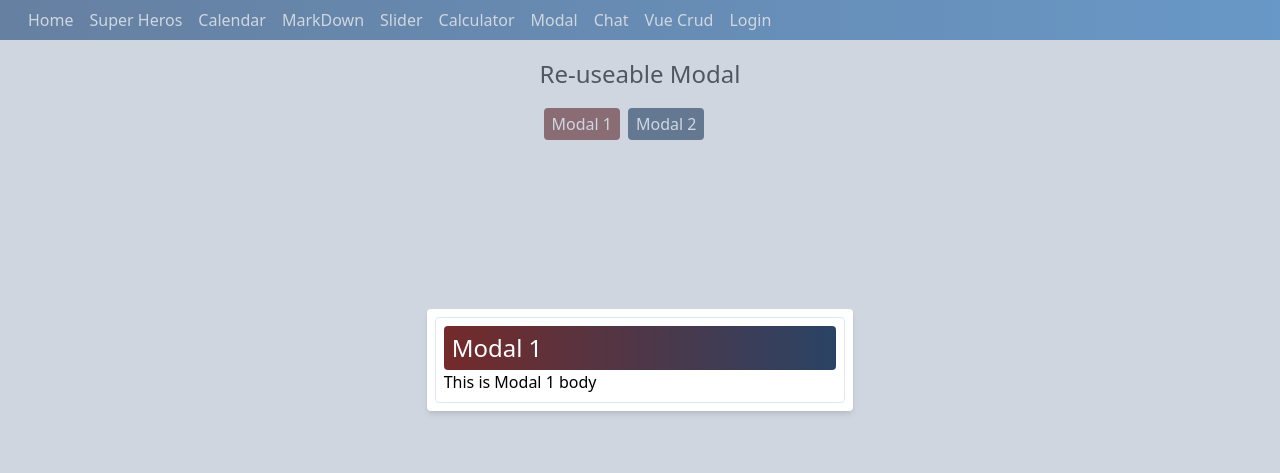
Repository: kshvkndl/VueFullCoursePractice
Page: /reusable-modal, after clicking the first element matching `button.bg-red-900`
An editor plug-in stored every save of this project. The page is shown before and after the next save, followed by the edit.
The browser window is 1280 px wide. The pictures show the whole page.
The page's requests for data from a server got no answer. The project was rebuilt for these pictures with package versions that can differ from the ones it lists, and the page was loaded fresh each time. No one was signed in, and anything a server would have sent is missing. Also part of the build but not shown: src/components/login/GoogleLogin.vue, src/pages/SuperHeros.vue, src/pages/Calender.vue, src/pages/Home.vue, src/utilities/composition/useDebounce.js, src/pages/MarkDown.vue, src/pages/Slider.vue, src/utilities/composition/useWindowEvent.js and 4 more.

Above is the page before, as saved 2020-11-26 17:35:32.

### src/main.js
import { createApp } from 'vue'
import App from './App.vue'
import './assets/style.css'
import router from './router'
import store from './store/index'

const app = createApp(App);
app.use(router);
app.use(store);
app.mount('#app');

### src/App.vue
<template>
  <AppHeader></AppHeader>
  <div class="w-full flex">
    <router-view></router-view>
  </div>
  <LoginModal></LoginModal>
  <calculator></calculator>
</template>

<script>
import AppHeader from "@/components/AppHeader";
import LoginModal from "@/components/LoginModal";
import firebase from "@/utilities/firebase";

export default {
  mounted() {
    firebase.auth().onAuthStateChanged((user) => {
      if (user) {
        this.$store.commit("setIsLoggedIn", true);
        this.$store.commit("setAuthUser", user);

        // User is signed in, see docs for a list of available properties
        // https://firebase.google.com/docs/reference/js/firebase.User

        // ...
      } else {
        // User is signed out
        // ...
        this.$store.commit("setIsLoggedIn", false);
        this.$store.commit("setAuthUser", {});
      }
    });
  },
  components: { AppHeader, LoginModal },
};
</script>

### src/router.js
import { createRouter, createWebHistory } from 'vue-router';
import SuperHeros from '@/pages/SuperHeros'
import Calender from '@/pages/Calender'
import Home from '@/pages/Home'
import MarkDown from '@/pages/MarkDown'
import Slider from '@/pages/Slider'
import Calculator from '@/pages/Calculator'
import ReusableModal from '@/pages/ReusableModal'
import Chat from '@/pages/Chat'
import store from './store/index'

import UserCrud from '@/pages/UserCrud'

const routes = [
    { path: '/', component: Home },
    { path: '/super-heros', component: SuperHeros },
    { path: '/calendar', component: Calender },
    { path: '/markdown', component: MarkDown },
    { path: '/slider-carousel', component: Slider },
    { path: '/calculator', component: Calculator, meta: { middleware: 'auth' }, },
    { path: '/reusable-modal', component: ReusableModal },
    {
        path: '/chat',
        component: Chat,
        meta: { middleware: 'auth' },
    },
    { path: '/vue-crud', component: UserCrud },
]

const router = createRouter({
    history: createWebHistory(),
    routes,
});

router.beforeEach((to, _, next) => {
    if (to.meta.middleware) {
        const middleware = require(`./middleware/${to.meta.middleware}`);
        if (middleware) {
            middleware.default(next, store);
        } else {
            next();
        }
    } else {
        next();
    }
});

export default router;

### src/store/index.js
import { createStore } from 'vuex';

const store = createStore({
    state() {
        return {
            isLoggedIn: false,
            authUser: {},
            isLoginOpen: false,
        }
    },

    mutations: {
        setIsLoggedIn(state, payload) {
            state.isLoggedIn = payload;
        },

        setAuthUser(state, payload) {
            state.authUser = payload;
        },
        setLoginModal(state, payload) {
            state.isLoginOpen = payload;
        }
    }
})

export default store;

### src/components/AppHeader.vue
<template>
  <nav
    class="w-full bg-gradient-to-r from-blue-800 to-blue-600 text-white px-5 py-2"
  >
    <router-link
      class="mx-2"
      v-for="item in list"
      :key="item.to"
      :to="item.to"
      >{{ item.title }}</router-link
    >
    <button v-if="isLoggedIn" class="mx-2" @click="logout">Logout</button>
    <button class="mx-2" v-else @click="openLogin">Login</button>
  </nav>
</template>


<script>
import firebase from "@/utilities/firebase";

export default {
  data() {
    return {
      list: [
        { title: "Home", to: "/" },
        { title: "Super Heros", to: "/super-heros" },
        { title: "Calendar", to: "/calendar" },
        { title: "MarkDown", to: "/markdown" },
        { title: "Slider", to: "/slider-carousel" },
        { title: "Calculator", to: "/calculator" },
        { title: "Modal", to: "/reusable-modal" },
        { title: "Chat", to: "/chat" },
        { title: "Vue Crud", to: "/vue-crud" },
      ],
    };
  },

  computed: {
    isLoggedIn() {
      return this.$store.state.isLoggedIn;
    },
  },

  methods: {
    logout() {
      firebase.auth().signOut();
      // .then((res) => {})
      // .catch((e) => {});
    },
    openLogin() {
      this.$store.commit("setLoginModal", true);
    },
  },
};
</script>

### src/components/LoginModal.vue
<template>
  <div v-if="isLoginOpen">
    <section
      @click="closeModal"
      class="h-screen w-screen bg-gray-500 fixed top-0 opacity-50 z-10"
    ></section>
    <div class="absolute inset-0">
      <div class="flex h-full">
        <div class="z-20 m-auto bg-white p-2 rounded shadow-md w-1/3">
          <div class="p-2 border rounded">
            <h1 class="text-center text-xl">Login Form</h1>
            <GoogleLogin @close-modal-from-google="closeModal"></GoogleLogin>

            <form class="p-2 m-2" @submit.prevent="submitLogin">
              <div class="my-4">
                <label for="">Email or Username</label>
                <input
                  type="text"
                  class="rounded shadow p-2 w-full"
                  v-model="loginForm.email"
                  placeholder="Enter Your Email or User Name"
                  ref="emailRef"
                />
              </div>
              <div class="my-4">
                <label for="">Password</label>
                <input
                  type="Password"
                  class="rounded shadow p-2 w-full"
                  v-model="loginForm.password"
                  placeholder="Enter Your Password"
                  ref="passwordRef"
                />
              </div>
              <div class="my-4">
                <button
                  type="submit"
                  class="w-full rounded shadow-md bg-gradient-to-r from-red-800 to-pink-800 text-white p-2"
                >
                  <span v-if="isLoading"> <b>...</b> </span>
                  <span v-else>Login</span>
                </button>
              </div>
            </form>
          </div>
        </div>
      </div>
    </div>
  </div>
</template>

<script>
import firebase from "@/utilities/firebase";
import GoogleLogin from "@/components/login/GoogleLogin";

export default {
  components: { GoogleLogin },

  computed: {
    isLoginOpen() {
      return this.$store.state.isLoginOpen;
    },
  },
  data() {
    return {
      loginForm: {
        email: "admin@admin.com",
        password: "admin@123",
      },
      isLoading: false,
    };
  },

  mounted() {
    // this.$refs.emailRef.focus();
  },

  methods: {
    submitLogin() {
      this.isLoading = true;
      firebase
        .auth()
        .signInWithEmailAndPassword(
          this.loginForm.email,
          this.loginForm.password
        )
        .then(() => {
          this.isLoading = false;
          this.loginForm.email = "";
          this.loginForm.password = "";
          this.closeModal();
        })
        .catch(() => {
          this.isLoading = false;
        });
    },
    closeModal() {
      this.$store.commit("setLoginModal", false);
    },
  },
};
</script>

### src/utilities/firebase.js
import firebase from "firebase/app";
import "firebase/auth";
import "firebase/database";

//Initialize Firebase in your app:
const firebaseConfig = {
    apiKey: "AIzaSyDjvIW3oj4Y3b7An_zw7nLTcy3s7ri5iV8",
    authDomain: "vue3-10hr-course.firebaseapp.com",
    databaseURL: "https://vue3-10hr-course.firebaseio.com",
    projectId: "vue3-10hr-course",
    storageBucket: "vue3-10hr-course.appspot.com",
    messagingSenderId: "142849199726",
    appId: "1:142849199726:web:1e3863fc8388efd1ade07f"
};

// Initialize Firebase
firebase.initializeApp(firebaseConfig);

const db = firebase.database();
export const chatsRef = db.ref("chats");

export default firebase;

### src/pages/ReusableModal.vue
<template>
  <section class="flex w-full">
    <div class="m-auto">
      <h1 class="text-2xl my-4 text-center">Re-useable Modal</h1>
      <Modal v-if="isModal1Open" @close-modal="isModal1Open = false">
        <template #title>
          <h2>Modal 1</h2>
        </template>
        <template #body>
          <h2>This is Modal 1 body</h2>
        </template>
      </Modal>
      <Modal v-if="isModal2Open" @close-modal="isModal2Open = false">
        <template #title>
          <h2>Modal 2</h2>
        </template>
        <template #body>
          <h2>This is Modal 2 body</h2>
        </template>
      </Modal>
      <button
        @click="isModal1Open = true"
        class="bg-red-900 px-2 py-1 text-white rounded mx-1"
      >
        Modal 1
      </button>
      <button
        @click="isModal2Open = true"
        class="bg-blue-900 px-2 py-1 text-white rounded mx-1"
      >
        Modal 2
      </button>
    </div>
  </section>
</template>

<script>
import Modal from "@/components/Modal";
import { ref } from "vue";
export default {
  components: { Modal },
  setup() {
    const isModal1Open = ref(false);
    const isModal2Open = ref(false);

    return { isModal1Open, isModal2Open };
  },
};
</script>

### src/components/Modal.vue
<template>
  <section
    @click="close"
    class="h-screen w-screen bg-gray-500 fixed top-0 left-0 opacity-50 z-10"
  ></section>
  <div class="absolute inset-0">
    <div class="flex h-full">
      <div class="z-20 m-auto bg-white p-2 rounded shadow-md w-1/3">
        <div class="p-2 border rounded">
          <div
            class="bg-gradient-to-r from-red-900 to-blue-900 text-white w-full px-2 rounded py-1"
          >
            <h1 class="text-2xl">
              <slot name="title"> </slot>
            </h1>
          </div>

          <main>
            <slot name="body"> </slot>
          </main>
        </div>
      </div>
    </div>
  </div>
</template>

<script>
export default {
  setup(_, { emit }) {
    function close() {
      emit("close-modal");
    }

    return { close };
  },
};
</script>

Loaded but not shown: public/index.html (common file); src/assets/style.css (common file); tailwind.config.js (common file)

After the next save:
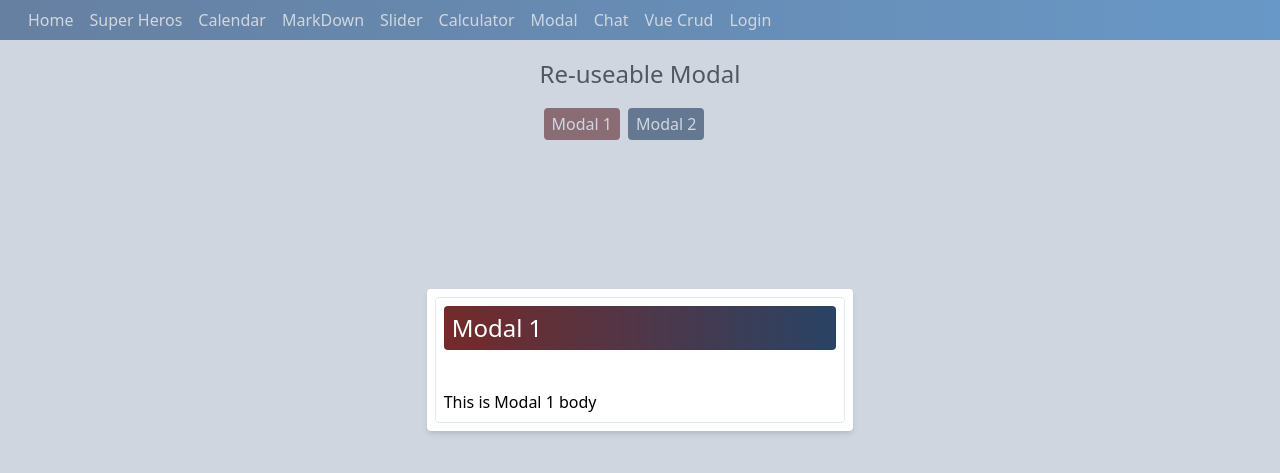
Saved 12 s later.
--- a/src/components/Modal.vue
+++ b/src/components/Modal.vue
@@ -8,7 +8,7 @@
       <div class="z-20 m-auto bg-white p-2 rounded shadow-md w-1/3">
         <div class="p-2 border rounded">
           <div
-            class="bg-gradient-to-r from-red-900 to-blue-900 text-white w-full px-2 rounded py-1"
+            class="bg-gradient-to-r from-red-900 to-blue-900 text-white w-full px-2 rounded py-1 mb-10"
           >
             <h1 class="text-2xl">
               <slot name="title"> </slot>
